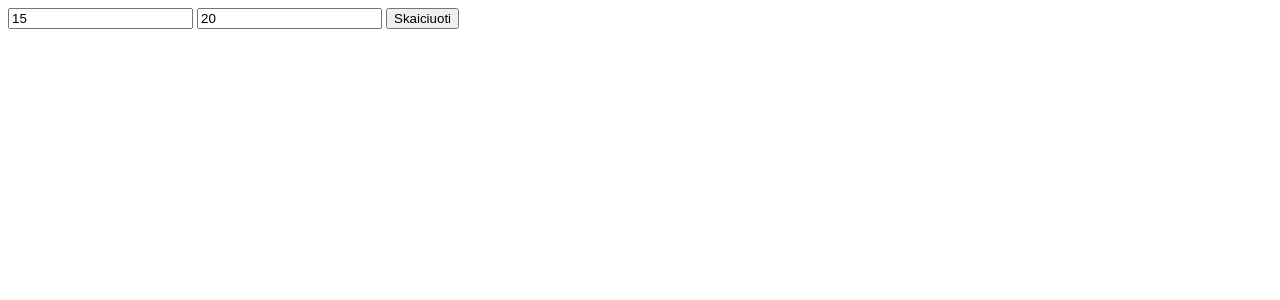
Repository: motiejus1/11-paskaita-PHP-05.31
Page: http://localhost/skaiciuotuvas.php
These files come from the project's save history. The page is drawn as it stood at one moment and after the next save; the edit follows.
The browser window is 1280 px wide. The pictures show the whole page.
The page is run by PHP 8.4 with error messages shown; the project is at /var/www/html/.

Above is the page before, as saved 2021-08-09 20:37:03.

After the next save:
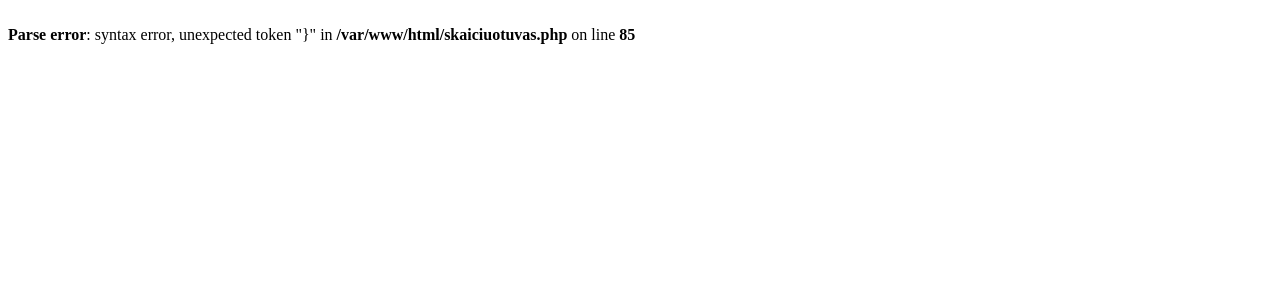
Saved 6 s later.
--- a/skaiciuotuvas.php
+++ b/skaiciuotuvas.php
@@ -80,7 +80,7 @@
         $skaiciuotuvas = new Skaiciuotuvas($sk1, $sk2);
 
         // echo $skaiciuotuvas->rezultatas;// ERROR
-
+        $skaiciuotuvas
 
     } else {
         echo "Vienas arba abudu laukeliai yra neskaicius arba tusti";

After the 2 saves that followed:
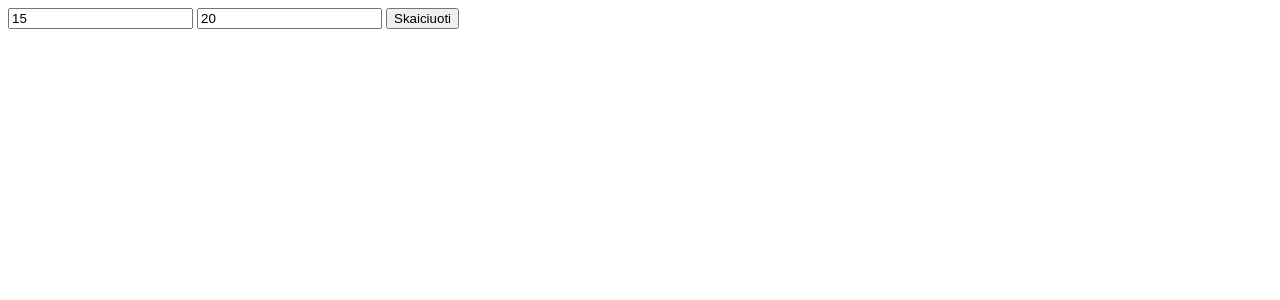
The 2 saves are shown as one change because they came seconds apart.
The last was saved 7 s later.
--- a/skaiciuotuvas.php
+++ b/skaiciuotuvas.php
@@ -79,8 +79,10 @@
         $sk2 = $_GET["sk2"];
         $skaiciuotuvas = new Skaiciuotuvas($sk1, $sk2);
 
+
+
         // echo $skaiciuotuvas->rezultatas;// ERROR
-        $skaiciuotuvas
+        $skaiciuotuvas->suma();
 
     } else {
         echo "Vienas arba abudu laukeliai yra neskaicius arba tusti";
